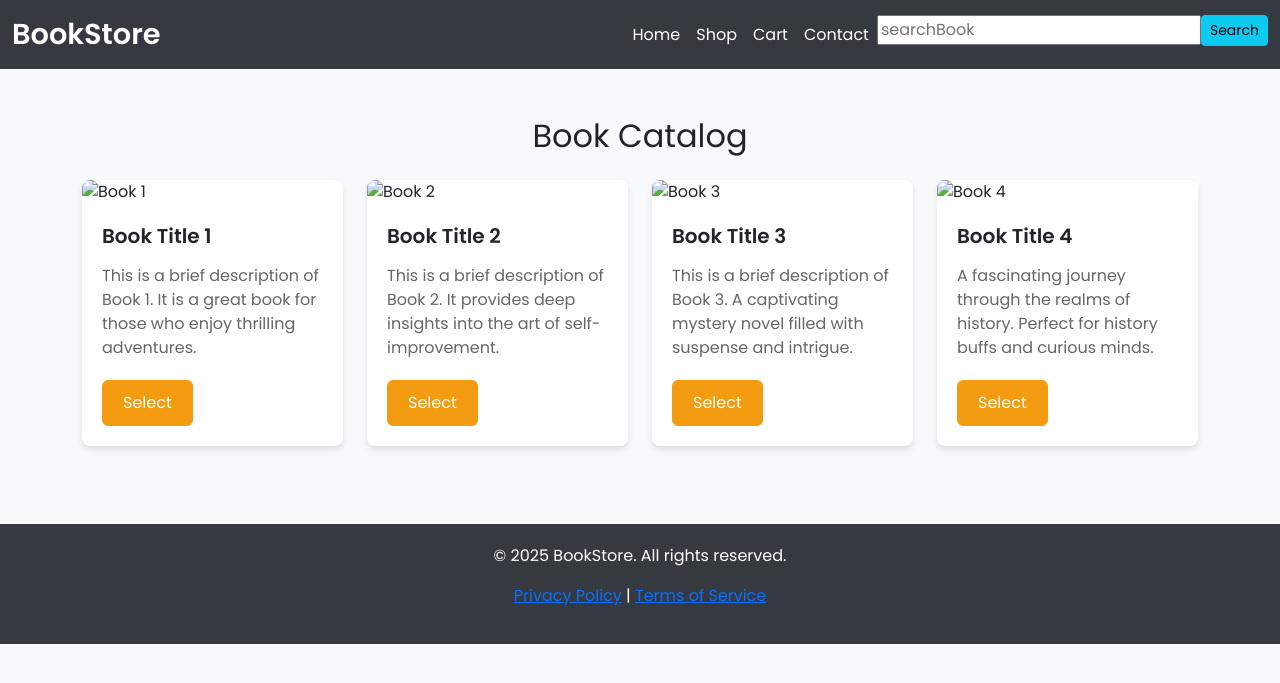
Repository: Cr7Mujassam/Book_Store
Page: http://localhost/bookStore/WEB-INF/jsp/fiction.jsp
These files come from the project's save history. The page is drawn as it stood at one moment and after the next save; the edit follows.
The browser window is 1280 px wide. The pictures show the whole page.
The page is served by Tomcat 9. Nobody is signed in. The template is opened directly, without the code that normally fills it, so the values that code supplies are empty.

Above is the page before, as saved 2025-01-26 13:04:37.

After the next save:
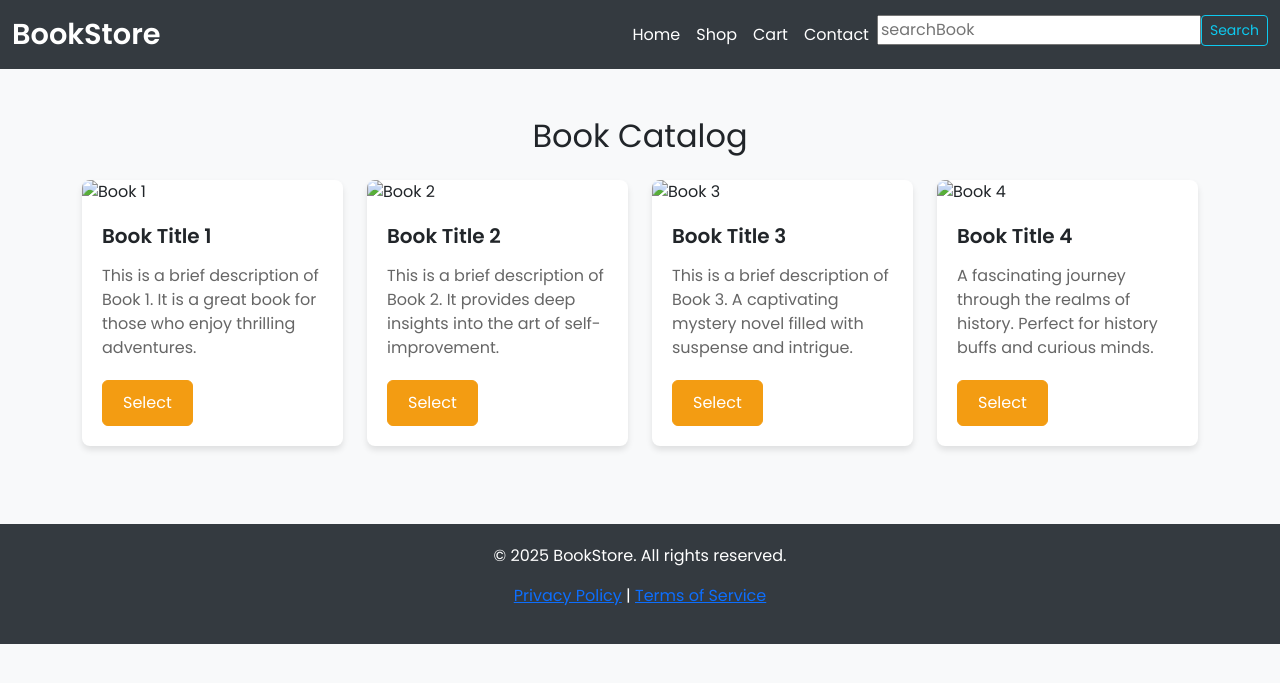
Saved 51 s later.
--- a/bookStore/src/main/webapp/WEB-INF/jsp/fiction.jsp
+++ b/bookStore/src/main/webapp/WEB-INF/jsp/fiction.jsp
@@ -116,7 +116,7 @@
                         <input type="text" class="" placeholder="searchBook">
                     </li>
                     <li class="nav-item">
-                        <button type="button" class="btn btn-info btn-sm" onclick="">Search</button>
+                        <button type="button" class="btn btn-outline-info btn-sm" onclick="">Search</button>
                     </li>
 
                 </ul>
